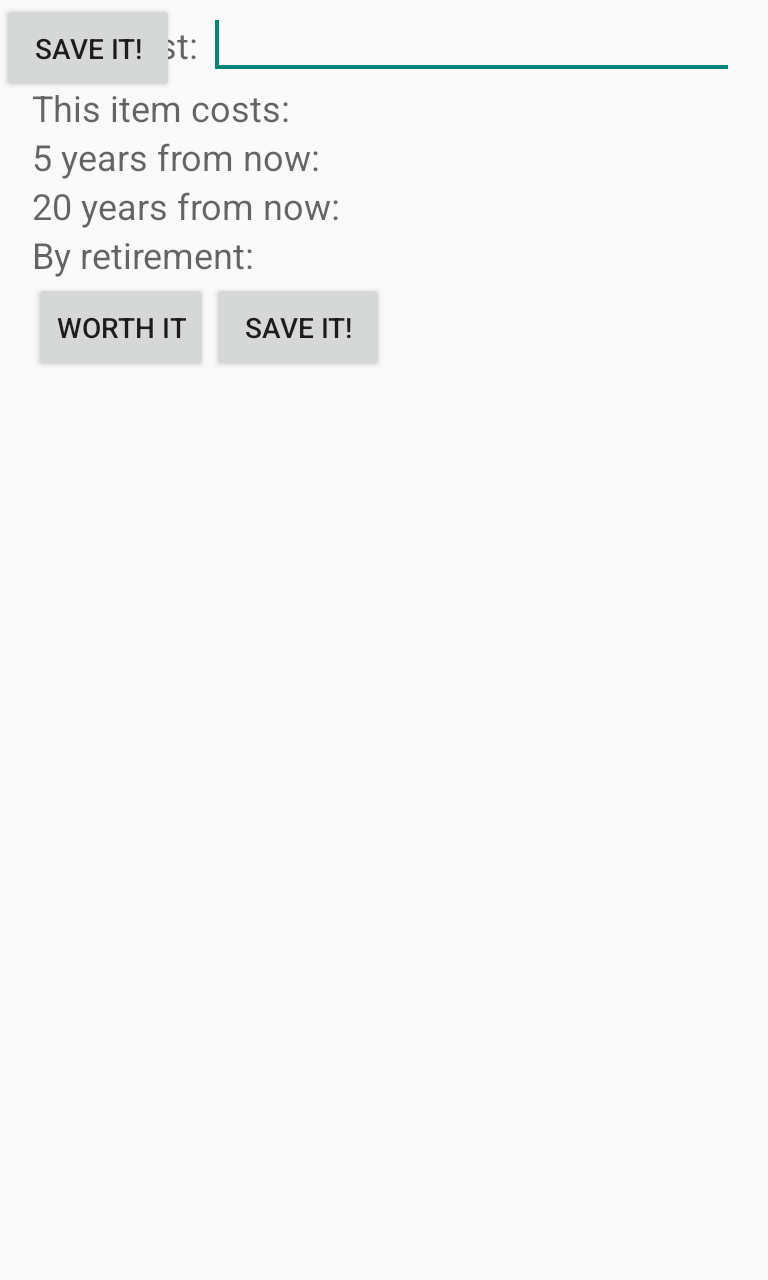
Repository: aallev11/saveit
Layout: ShouldISaveIt/res/layout/activity_main.xml
The author's editor kept a copy of each file at every save. The layout is drawn from the files as they stood at one save, then again after the next save.
It is drawn on a 768 x 1280 px phone screen (xhdpi) without system bars, with theme AppTheme; the app's code is not run.

Above is the layout before, as saved 2014-03-30 13:09:34.

After the next save:
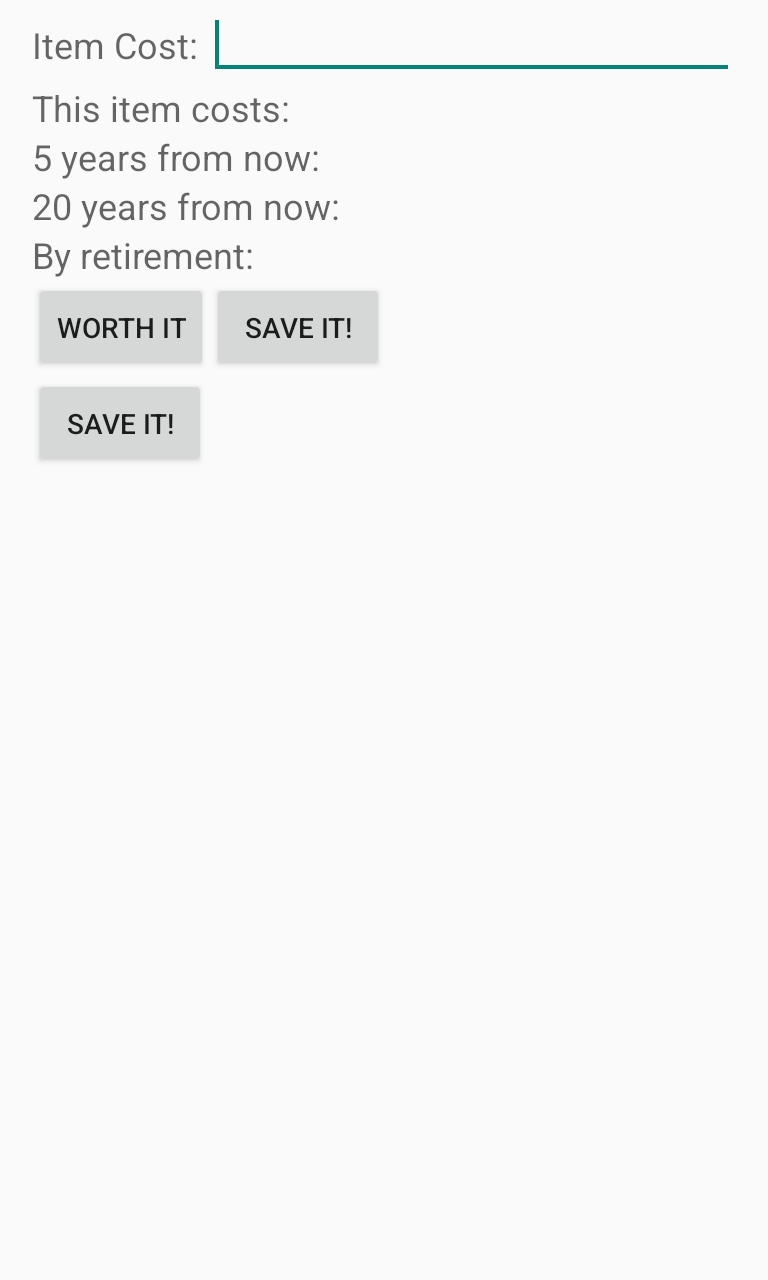
Saved 17 s later.
--- a/ShouldISaveIt/res/layout/activity_main.xml
+++ b/ShouldISaveIt/res/layout/activity_main.xml
@@ -121,18 +121,19 @@
                 android:layout_height="wrap_content"
                 android:text="Save It!" />
         </LinearLayout>
+
+        <LinearLayout
+            android:layout_width="fill_parent"
+            android:layout_height="wrap_content"
+            android:orientation="horizontal" >
+
+            <Button
+                android:id="@+id/lifetimeSavings"
+                android:layout_width="wrap_content"
+                android:layout_height="wrap_content"
+                android:onClick="lifetimeSavings"
+                android:text="Save It!" />
+        </LinearLayout>
     </LinearLayout>
 
-    <LinearLayout
-        android:layout_width="fill_parent"
-        android:layout_height="wrap_content"
-        android:orientation="horizontal" >
-
-        <Button
-            android:id="@+id/lifetimeSavings"
-            android:layout_width="wrap_content"
-            android:layout_height="wrap_content"
-            android:onClick="lifetimeSavings"
-            android:text="Save It!" />
-    </LinearLayout>
 </FrameLayout>
